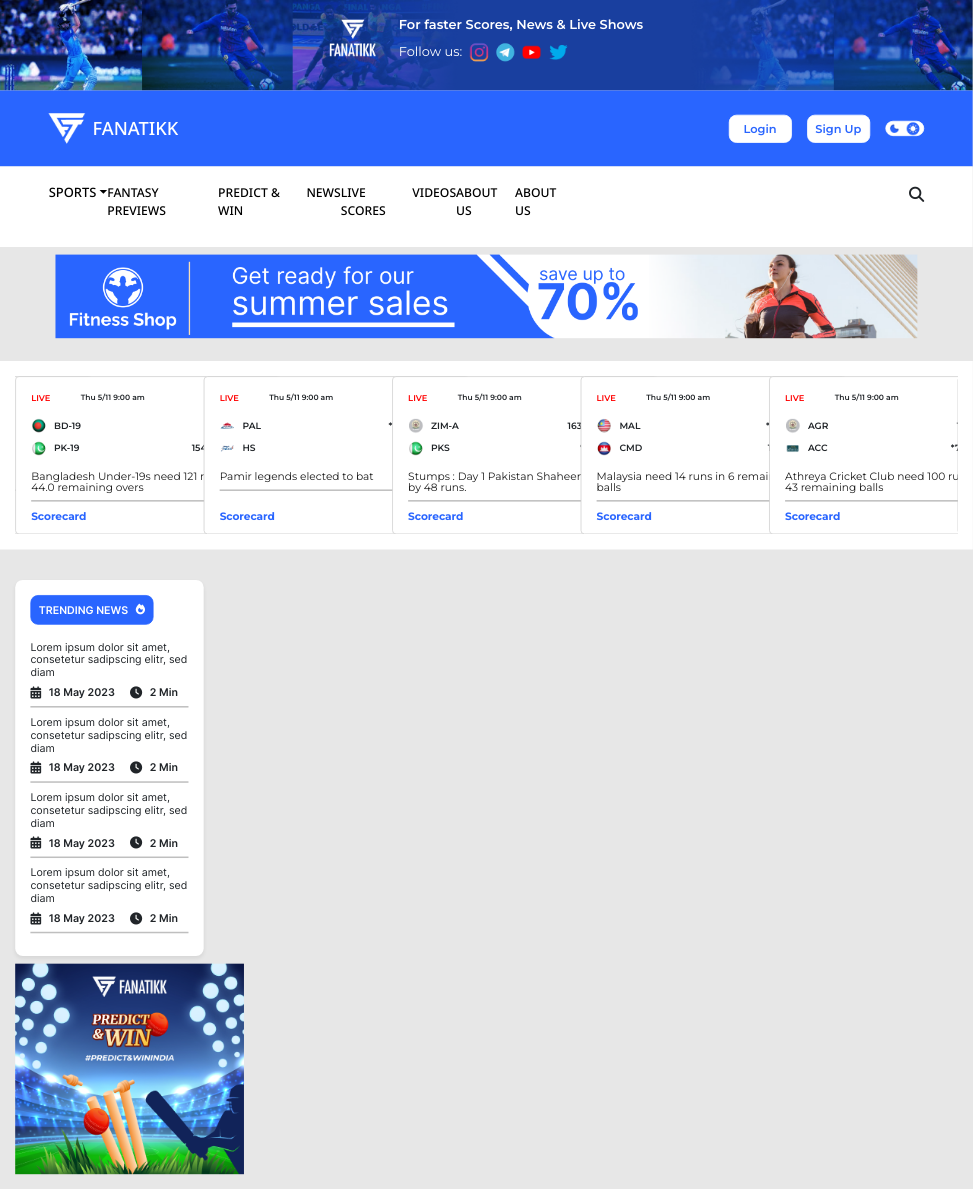
Repository: FlyweisReact/Kannapa
Page: /
These files come from the project's save history. The page is drawn as it stood at one moment and after the next save; the edit follows.
The browser window is 1280 px wide. The pictures show the whole page, at 76% of full size.
Some web libraries are served in a nearby version. The project was rebuilt for these pictures with package versions that can differ from the ones it lists, and the page was loaded fresh each time. Also part of the build but not shown: src/Components/Layout/Footer.js, src/Components/Sliders/Index-video-Slider.js, src/Components/firstScreen.jsx, src/Components/secondScreen.jsx, src/Components/thirdScreen.jsx, src/Components/fourthScreen.jsx, src/CSS/Footer.css.

Above is the page before, as saved 2023-06-03 14:26:18.

### public/index.html
<!DOCTYPE html>
<html lang="en">
  <head>
    <meta charset="utf-8" />
    <link rel="icon" href="%PUBLIC_URL%/favicon.ico" />
    <meta name="viewport" content="width=device-width, initial-scale=1" />
    <meta name="theme-color" content="#000000" />
    <meta
      name="description"
      content="Web site created using create-react-app"
    />
    <link rel="apple-touch-icon" href="%PUBLIC_URL%/logo192.png" />

    <link rel="manifest" href="%PUBLIC_URL%/manifest.json" />
    <link href="https://fonts.googleapis.com/css2?family=Roboto+Mono:ital,wght@1,300&display=swap" rel="stylesheet">
    <title>React App</title>
  </head>
  <body>
    <noscript>You need to enable JavaScript to run this app.</noscript>
    <div id="root"></div>
    <script src="https://code.jquery.com/jquery-3.6.0.min.js"></script>
    <script src="https://kit.fontawesome.com/b533b351e4.js" crossorigin="anonymous"></script>
  </body>
</html>

### src/index.css
/* Fonts */
@font-face {
  font-family:  Noto Sans;
  src: url(../Fonts/NotoSans-Medium.ttf);
}
@font-face {
  font-family:  Montserrat;
  src: url(../Fonts/Montserrat-Italic-VariableFont_wght.ttf);
}
@font-face {
  font-family:  MontserratNormal;
  src: url(../Fonts/Montserrat-VariableFont_wght.ttf);
}
@font-face {
  font-family:  Inter;
  src: url(../Fonts/Inter-VariableFont_slnt\,wght.ttf);
}

/* Var() */
:root {
  --mediumFont: 24px;
}


body {
  margin: 0;
  font-family: NOto Sans;
  background-color: #e7e7e7 !important;
}
* {
  padding: 0;
  margin: 0;
  font-family: Noto Sans;
}
code {
  font-family:Noto Sans;
}
html{
  font-family: Noto Sans;
}

/* === first screen styling ====*/



.second1 {
  display: flex;
  justify-content: space-between;
  margin-left: 5%;
  width: 90%;
  margin-top: 30px;
  gap: 20px;
}
.second1l {
  width: 70%;
}
.second2 {
  background-color: #fff;
}
.second2 img {
  width: 100%;
}
.second2 p {
  font-family: "Segoe UI";
  font-style: normal;
  font-weight: 400;
  font-size: 19.5298px;
  line-height: 25px;
  text-align: left;
  color: #1d1d1d;
}

.second2 h2 {
  font-family: "Segoe UI";
  font-style: normal;
  font-weight: 700;
  font-size: 30.8351px;
  line-height: 53px;
  text-align: left;
  color: #1d1d1d;
}

.second2 h5 {
  font-family: "Segoe UI";
  font-style: normal;
  font-weight: 400;
  font-size: 20.6316px;
  line-height: 39px;
  text-align: left;
  color: #1d1d1d;
  margin: 5px;
}
.second2 h6 {
  text-align: left;
  font-weight: 400;
  font-size: 21.3053px;
  line-height: 29px;
  margin-top: 5px;
}
.sp {
  color: #2965ff;
}
.second1r {
  width: 30%;
}
.second3 {
  background-color: #fff;
  width: 100%;
  box-shadow: 0px 3.6px 7.2px rgba(0, 0, 0, 0.08);
  border-radius: 12px;
}
.second3 button {
  width: 123.8px;
  height: 44.2px;
  background: #2965ff;
  border-radius: 12px;
  color: #fff;
  border: none;
  margin-left: 0px;
  margin-top: 5px;
  margin-bottom: 5px;
}

.second4 {
  margin: 2px;
}
.second4 img {
  width: 100%;
  height: 200px;
  display: flex;
  flex-direction: column;
}
.second4 h6 {
  font-family: "Montserrat";
  font-style: normal;
  font-weight: 900;
  font-size: 13.2px;
  line-height: 17px;
  text-align: left;
  color: #1d1d1d;
  margin-top: 8px;
}
.second4 h3 {
  font-family: "Montserrat";
  font-style: normal;
  font-weight: 600;
  font-size: 22px;
  line-height: 31px;
  text-align: left;
  color: #1d1d1d;
  margin-top: 10px;
}

.horizontal {
  border: 1px solid #e6e6e6;
}

.second5 {
  display: flex;
  justify-content: space-between;
  margin-top: 10px;
  gap: 10px;
  width: 100%;
}
.second5l {
  width: 49%;
}
.second5r {
  width: 49%;
}
.second5l img {
  width: 100%;
  padding: 10px;
  border-radius: 12px;
}
.second5r {
  padding: 10px;
}
.second5r h6 {
  font-family: "Montserrat";
  font-style: normal;
  font-weight: 900;
  font-size: 13.2px;
  line-height: 17px;
  text-align: left;
  color: #1d1d1d;
}
.second5r p {
  font-family: "Montserrat";
  font-style: normal;
  font-weight: 600;
  font-size: 20.6px;
  line-height: 26px;
  text-align: left;
  color: #1d1d1d;
  margin-top: 5px;
}

.second6 {
  margin-top: 20px;
  width: 100%;
}
.second6 img {
  width: 100%;
}
.sec3 {
  margin-top: 40px;
}
.sec2 {
  margin-top: 40px;
}

.third1 {
  display: block;
  justify-content: center;
  gap: 20px;
  width: 90%;
  margin: auto;
  margin-top: 40px;

  background-color: #fff;
}
.third2 {
  width: 10%;
  height: 40px;
  background: #2965ff;
  border-radius: 4px;
  border: none;
  margin-top: 10px;
  margin-bottom: 10px;
  margin-right: 10px;
  color: #fff;
  font-family: "Noto Sans";
  font-style: normal;
  font-weight: 700;
  font-size: 14px;
  line-height: 19px;
  color: #ffffff;
}

.third3 {
  width: 10%;
  height: 40px;
  background: #bfbfbf;
  border-radius: 4px;
  border: none;
  margin-top: 10px;
  margin-bottom: 10px;
  margin-right: 10px;
  color: #fff;
  font-family: "Noto Sans";
  font-style: normal;
  font-weight: 700;
  font-size: 14px;
  line-height: 19px;
  color: #1d1d1d;
}

.third4 {
  display: flex;
  gap: 20px;
  justify-content: space-between;
  width: 90%;
  margin: auto;
  margin-top: 30px;
}
.third4l {
  width: 70%;
}
.third4r {
  width: 30%;
}
.third5 {
  display: flex;
  justify-content: space-between;
  background-color: #fff;
  height: 40px;
}
.third5 p {
  font-family: "Montserrat";
  font-style: normal;
  font-weight: 600;
  font-size: 16.7639px;
  line-height: 35px;
  margin-left: 20px;
  color: #1d1d1d;
  margin-bottom: 5px;
  margin-top: 10;
}
.third5 button {
  width: 10%;
  background: #2965ff;
  border-radius: 4px;
  border: none;
  color: #fff;
  height: 35px;
}
.third6 {
  display: grid;
  grid-template-columns: auto auto;
  margin-top: 20px;
  gap: 20px;
}
.third6itm {
  height: 100%;
  background: #ffffff;
  border: 1px solid #bfbfbf;
  box-shadow: 0px 2.21114px 4.42229px rgba(0, 0, 0, 0.08);
  border-radius: 11.0557px;
}
.third7 {
  display: flex;
  justify-content: space-between;
  width: 96%;
  margin: auto;
  margin-top: 20px;
}
.third7l {
  display: flex;
  gap: 10px;
}
.third7l img {
  height: 40px;
}
.third7 h5 {
  font-weight: 700;
  font-size: 20.478px;
  line-height: 21px;
  color: #000000;
  margin-top: 5px;
}
.third6itm h4 {
  font-family: "Arial";
  font-style: normal;
  font-weight: 600;
  font-size: 22.6891px;
  line-height: 22px;
  text-align: left;
  color: #000000;
  margin-top: 10px;
  margin-left: 6px;
}
.third6itm p {
  font-family: "Arial";
  font-weight: 400;
  font-size: 14.3724px;
  line-height: 20px;
  text-align: left;
  margin-top: 10px;
  margin-left: 6px;
  color: #2965ff;
}
.third6itm button {
  background: #2965ff;
  border-radius: 4.42229px;
  font-family: "Arial";
  font-style: normal;
  font-weight: 700;
  font-size: 24px;
  line-height: 19px;
  color: #ffffff;
  text-align: center;
  margin-top: 20px;
  width: 50%;
  height: 60px;
  border: none;
  margin-right: 46%;
}
.th5 {
  margin-top: 30px;
}

.third8 {
  background-color: #fff;
  border: 1px solid #bfbfbf;
}
.third9 {
  display: flex;
  justify-content: left;
  margin-left: 2%;
  margin-top: 10px;
}
.third9 button {
  background: #2965ff;
  border-radius: 10px;
  width: 30%;
  height: 40px;
  border: none;
  color: #fff;
}
.third10 {
  width: 95%;
  margin: auto;
  margin-top: 10px;
}
.third10 h4 {
  font-family: "Montserrat";
  font-style: normal;
  font-weight: 400;
  font-size: 24.1067px;
  line-height: 30px;
  text-align: left;
  color: #1d1d1d;
}
.third10 p {
  font-family: "Montserrat";
  font-style: normal;
  font-weight: 300;
  font-size: 14.9333px;
  line-height: 22px;
  text-align: left;
  color: #1d1d1d;
  margin-top: 12px;
}

.horizontal2 {
  width: 95%;
  margin: auto;
  border: 1px solid #bfbfbf;
  margin-top: 20px;
}
.third11 {
  margin-top: 20px;
  margin-bottom: 20px;
  font-family: "Montserrat";
  font-style: normal;
  font-weight: 700;
  font-size: 30.52px;
  line-height: 32px;
  color: #2965ff;
}

.third12 {
  margin-top: 30px;
  width: 100%;
}
.third12 img {
  width: 100%;
}

.third13 {
  margin-top: 30px;
  background-color: #fff;
}
.third14 {
  margin-top: 10px;
  width: 90%;
  margin: auto;
  display: flex;
}
.third14 button {
  border: none;
  background: #2965ff;
  border-radius: 10px;
  height: 40px;
  width: 40%;
  font-family: "Inter";
  font-style: normal;
  font-weight: 700;
  font-size: 15px;
  line-height: 25px;
  color: #ffffff;
}
.third15 {
  width: 90%;
  margin: auto;
  margin-top: 20px;
}
.third15 img {
  width: 100%;
}
.third15 h4 {
  font-family: "Montserrat";
  font-style: normal;
  font-weight: 700;
  font-size: 20.1067px;
  line-height: 26px;
  text-align: left;
  color: #1d1d1d;
  margin-top: 8px;
}
.third15 p {
  text-align: left;
  margin-top: 6px;
  font-family: "Montserrat";
  font-style: normal;
  font-weight: 300;
  font-size: 12.9333px;
  line-height: 32px;
  color: #1d1d1d;
}

.fourth1 {
  display: flex;
  width: 90%;
  margin: auto;
  margin-top: 30px;
  justify-content: space-between;
  gap: 20px;
}
.fourth1l {
  width: 70%;
}
.fourth1r {
  width: 30%;
}

.fourth2 {
  background: #0c1f4f;
}
.fourth3 {
  margin-top: 5px;
  padding-top: 10px;
  margin-left: 20px;
  display: flex;
  gap: 20px;
}
.fourth3 img {
  width: 50px;
}
.fourth3 h2 {
  font-family: "Noto Sans";
  font-style: normal;
  font-weight: 600;
  font-size: 20.04px;
  line-height: 25px;

  color: #ffffff;
}

.fourth3 p {
  font-family: "Noto Sans";
  font-style: normal;
  font-weight: 700;
  font-size: 15.48px;
  line-height: 18px;
  color: #ffffff;
  margin-bottom: 10px;
}

.fourth4 {
  background: #2965ff;
  box-shadow: 0px 1.64px 6.56px rgba(0, 0, 0, 0.08);
}

.fourth5 {
  display: flex;
  justify-content: space-between;
  margin-left: 5%;
  padding-top: 20px;
  width: 70%;
}
.fourth6 {
  display: flex;
  gap: 10px;
}
.fourth6 img {
  width: 50px;
  height: 50px;
}
.fourth6 h4 {
  margin-top: 10px;
  font-family: "Noto Sans";
  font-style: normal;
  font-weight: 700;
  font-size: 24.04px;
  line-height: 25px;
  color: #ffffff;
}
.fourth5 h2 {
  font-family: "Noto Sans";
  font-style: normal;
  font-weight: 700;
  font-size: 24.04px;
  line-height: 25px;
  color: #ffffff;
  margin-top: 10px;
}

.fourthP {
  margin-left: 15px;
  margin-top: 20px;
  padding-bottom: 20px;
  font-family: "Noto Sans";

  font-weight: 300;
  font-size: 18.3px;
  line-height: 22px;
  color: #ffffff;
}

.fourth7 {
  margin-top: 30px;
}
.fourth8 {
  width: 100%;
}
thead {
  background-color: #2965ff;
  height:30px;
  color: #fff;
}
.fourth9 {
  display: flex;
  gap: 10px;
}
.fourth9 img {
  width: 60px;
  height: 60px;
}
.fourth10 {
  display: flex;
  gap: 5px;
  flex-direction: column;
  margin-top: 12px;
}
.fourth10 h6{
  font-family: 'Noto Sans';
  font-style: normal;
  font-weight: 700;
  font-size: 15.9151px;
  line-height: 18px;
  color: #1D1D1D;
}
.fourth10 p{
  font-family: 'Noto Sans';
  font-style: normal;
  font-weight: 600;
  font-size: 13.6415px;
  line-height: 18px;

  color: rgba(29, 29, 29, 0.5);
  opacity: 0.5;
}

### src/CSS/Navbar.css
/**
 * === navbar styling ====
 *
 * @format
 */
.Stick-navbar{
    height: 100%;
    transition: box-shadow 0.3s ease;
    height: 100px;
}
.Navbar {
  display: flex;
  justify-content: space-between;
  background: #2965ff;
  padding: 20px;
  width: 100%;
  gap: 20px;
  position: fixed !important;
  top: 0;
  z-index: 999;
  transition: box-shadow 0.3s ease;
  align-items: center;
}

.Navbar .Left_Container {
  width: 30%;
}
.Navbar .Left_Container .Logo_Div {
  display: flex;
  gap: 10px;
  justify-content: center;
  align-items: center;
}
.Navbar .Left_Container .Logo_Div p {
  color: #fff;
  font-size: var(--mediumFont);
  margin: 0;
}
.Navbar .Left_Container .Logo_Div img {
  width: 47.73px;
  height: 40px;
}

.Navbar .Right_Container {
  width: 70%;
  display: flex;
  justify-content: center;
  gap: 40px;
}
.Navbar .Right_Container .Item {
  display: flex;
  justify-content: baseline;
}

.Navbar .Right_Container .Item p {
  font-size: 16px;
  cursor: pointer;
  color: #ffffff;
  padding-top: 2px;
}

.Navbar .Right_Container .Item .DropDown {
  border: none;
  color: #fff;
  font-size: 17px;
  cursor: pointer;
  color: #ffffff;
  margin: 0;
  padding: 0;
}
.Navbar .Right_Container .Item .fa-magnifying-glass {
  color: #fff;
  font-size: 18px;
  cursor: pointer;
  padding-top: 7px;
}
.Navbar .Right_Container .Item .Toggle{
  width: 51.43px;
  height: 19.03px;
  display: flex;
  justify-content: space-between;
  align-items: center;
  padding-left: 5px;
  padding-right: 5px;
  border-radius: 10px;
  background-color: #fff;
  border: 1px solid #fff;
  cursor: pointer;
  align-items: center;
  margin-top: 8px;
}


/* Header 2 */
.Header1 {
  background-image: url("../../public/Images/22.png");
  color: #ffffff;
  width: 100%;
  background-repeat: no-repeat;
  background-size: cover;
  height: 119px;
  padding: 20px;
}
.Header1 .Main {
  display: flex;
  align-items: center;
  justify-content: center;
  gap: 30px;
}
.Header1 .Main p {
  margin: 0;
}
.Header1 .Main .Head {
  font-family: MontserratNormal;
  font-weight: 600;
  font-size: 17px;
  color: #ffffff;
}

.Header1 .Main .Two {
  display: flex;
  gap: 10px;
  margin-top: 10px;
  align-items: center;
}
.Header1 .Main .Two p {
  font-family: MontserratNormal;
  font-style: normal;
  font-weight: 400;
  font-size: 17px;
  line-height: 17px;
  color: #ffffff;
}
.Header1 .Main .Social {
  display: flex;
  gap: 10px;
  align-items: center;
}

/* Fading Navbar */

.Fading_Nav {
  display: flex;
  justify-content: space-between;
  background: #2965ff;
  padding: 30px;
  width: 100%;
  gap: 20px;
  align-items: center;
  padding-left: 5%;
  padding-right: 5%;
}

.Fading_Nav .Left_Container {
  width: 30%;
}
.Fading_Nav .Left_Container .Logo_Div {
  display: flex;
  gap: 10px;
  justify-content: flex-start;
  align-items: center;
}
.Fading_Nav .Left_Container .Logo_Div p {
  color: #fff;
  font-size: var(--mediumFont);
  margin: 0;
}
.Fading_Nav .Left_Container .Logo_Div img {
  width: 47.73px;
  height: 40px;
}

.Fading_Nav .Right_Container {
  width: 70%;
  display: flex;
  justify-content: flex-end;
  gap: 20px;
  align-items: center;
}
.Fading_Nav .Right_Container button {
  font-family: MontserratNormal;
  font-style: normal;
  font-weight: 600;
  width: 83px;
  height: 37px;
  border-radius: 10px;
  font-size: 15px;
  line-height: 19px;
  color: #2965ff;
  background-color: #fff;
  border: 1px solid #fff;
  cursor: pointer;
}
.Fading_Nav .Right_Container .Toggle {
  width: 51.43px;
  height: 19.03px;
  display: flex;
  justify-content: space-between;
  align-items: center;
  padding-left: 5px;
  padding-right: 5px;
}


/* Fading Category */
.Fading_Category{
    display: flex;
    justify-content: space-between;
    padding: 20px;
    background-color: #fff;
    padding-left: 5%;
    padding-right: 5%;
}
.Fading_Category .Left_Container {
    display: flex;
    justify-content: space-between;
    width: 60%;
}

.Fading_Category .Left_Container .Item {
    display: flex;
    justify-content: baseline;
  }

  .Fading_Category .Left_Container .Item p {
    font-size: 16px;
    cursor: pointer;
    color: #000;
    padding-top: 2px;
  }

  .Fading_Category .Left_Container .Item .DropDown {
    border: none;
    font-size: 17px;
    cursor: pointer;
    color: #000;
    margin: 0;
    padding: 0;
    border: none;
  }

.Fading_Category .Right_Container i{
    font-size: 20px;
    padding-top: 7px;
}


/* Fading Effect */
.HomePage{
    min-height: 200vh;
}
.fade-out{
    opacity: 0;
    transition: opacity 0.5s;
    height: 0;
    overflow: hidden;
}
.fade-in{
    opacity: 1;
    transition: opacity 0.5s;
    height: auto;
    overflow: hidden;
    width: 100%;
}

### src/CSS/Component.css
/** @format */

/* Fading Header */

/* Home Screen */
.Index_Center_Banner {
  width: 100%;
  padding: 10px;
}

.Index_Center_Banner img {
  width: 90%;
  display: block;
  margin: auto;
}

.Index_Center_GIF {
  width: 100%;
  padding: 10px;
}

.Index_Center_GIF img {
  width: 90%;
  display: block;
  margin: auto;
  height: 500px;
}

.Index_Center_Desc {
  display: flex;
  width: 90%;
  padding: 10px;
  margin: auto;
}

.Index_Center_Desc .Main_Comp {
  text-align: left;
}
.Index_Center_Desc .Main_Comp .head {
  font-size: 36px;
  color: #1d1d1d;
  text-shadow: 0px 1px 1px rgba(37, 37, 37, 0.5);
  margin: 0;
}

.Index_Center_Desc .Main_Comp .Two_Sec {
  display: flex;
  gap: 10px;
  align-items: flex-start;
}
.Index_Center_Desc .Main_Comp .Two_Sec img {
  height: 20px;
  margin-top: 4px;
}

.Index_Center_Desc .Main_Comp .Two_Sec p {
  color: rgba(29, 29, 29, 0.6);
  text-shadow: 0px 1px 1px rgba(37, 37, 37, 0.5);
  font-style: italic;
}

.Index_Center_Desc .Main_Comp .desc p {
  font-size: 16px;
  line-height: 24px;
  align-items: center;
  color: rgba(29, 29, 29, 0.6);
  max-width: 60%;
  font-style: italic;
  margin: 0;
}
.first5 p u {
  color: #333;
}

.Index_Logo_Div {
  display: flex;
  justify-content: space-between;
  align-items: center;
  width: 90%;
  margin: auto;
  padding-top: 10px;
  padding-bottom: 10px;
}
.Index_Logo_Div .Left_Comp {
  display: flex;
  gap: 10px;
  align-items: center;
}
.Index_Logo_Div .Right_Comp img {
  cursor: pointer;
}

.Index_Video_Slider {
  width: 90%;
  display: block;
  margin: auto;
  padding-top: 10px;
  padding-bottom: 10px;
}

.Video_Slider {
  width: 100%;
  /* padding: 20px; */
  display: block;
  margin: auto;
}
.Video_Slider .Main_Item {
  background: #ffffff;
  border: 1px solid #1d1d1d;
  border-radius: 10px;
  height: 400px;
}
.Video_Slider .Main_Item img {
  width: 100%;
  border-radius: 10px 10px 0px 0px;
}
.Video_Slider .Main_Item p {
  padding: 10px;
  font-family: Montserrat;
  font-size: 15px;
  line-height: 18px;
  color: #1d1d1d;
}
.Video_Slider .Main_Item:focus {
  outline: none;
}

.Index_Center_Button {
  width: 90%;
  display: block;
  margin: auto;
  padding-top: 10px;
  padding-bottom: 10px;
  margin-top: 2%;
  position: relative;
}
.Index_Center_Button button {
  font-family: Montserrat;
  font-size: 16px;
  line-height: 20px;
  text-transform: uppercase;
  width: 256px;
  color: #ffffff;
  background: #2965ff;
  border: 1px solid #2965ff;
  border-radius: 25px;
  padding: 10px;
  display: block;
  margin: auto;
}

.Index_Center_Button .empty {
  height: 4px !important;
  position: absolute;
  top: 50%;
  left: 50%;
  transform: translate(-50%, -50%);
  z-index: -1;
  background-color: #2965ff;
  width: 100%;
}

.Index_Three_Cont {
  width: 90%;
  display: grid;
  grid-template-columns: auto auto auto;
  gap: 20px;
  margin: auto;
  padding-top: 20px;
}
.Index_Three_Cont .Main_Component .head {
  font-family: Montserrat;
  font-style: normal;
  font-weight: 700;
  font-size: 22.3418px;
  line-height: 30px;
  color: #1d1d1d;
}
.Index_Three_Cont .Main_Component img {
  width: 100%;
}
.Index_Three_Cont .Main_Component .desc {
  font-family: Montserrat;
  font-style: normal;
  font-weight: 300;
  font-size: 15.9584px;
  line-height: 40px;
}

/* Score_Card_Slider */
.ScoreCard_Slider {
  background-color: #ffffff;
  padding: 20px;
  margin-top: 20px;
  margin-bottom: 20px;
}
.ScoreCard_Slider .Main_Item {
  border: 1px solid #cfcfcf;
  background-color: #fff;
  border-radius: 5px;
  padding: 20px;
  width: 350px !important;
  height: 208px !important;
  position: relative;
}
.ScoreCard_Slider .Main_Item .two_Sec {
  display: flex;
  gap: 40px;
  align-items: center;
  margin-bottom: 20px;
}
.ScoreCard_Slider .Main_Item .two_Sec p {
  margin: 0;
  font-family: MontserratNormal;
  font-style: normal;
  font-weight: 600;
  font-size: 10px;
  line-height: 14px;
}
.ScoreCard_Slider .Main_Item .two_Sec .first {
  margin: 0;
  font-family: MontserratNormal;
  font-style: normal;
  font-weight: 600;
  font-size: 11px;
  line-height: 14px;
  color: #ff0000;
}
.ScoreCard_Slider .slick-next:before {
  display: none !important;
}

.ScoreCard_Slider .Main_Item .Flags_Div {
  display: flex;
  justify-content: space-between;
  align-items: center;
  gap: 10px;
  margin-top: 10px;
}

.ScoreCard_Slider .Main_Item .Flags_Div div {
  display: flex;
  gap: 10px;
  align-items: center;
}
.ScoreCard_Slider .Main_Item .Flags_Div div p {
  margin: 0;
  font-family: MontserratNormal;
  font-style: normal;
  font-weight: 600;
  font-size: 12px;
  line-height: 17px;
}
.ScoreCard_Slider .Main_Item .desc {
  color: #1d1d1d;
  font-family: MontserratNormal;
  font-style: normal;
  font-weight: 400;
  font-size: 14px;
  line-height: 14px;
  width: 90%;
  margin: 0;
  margin-top: 20px;
}
.ScoreCard_Slider .Main_Item .empty {
  background-color: #bfbfbf;
  width: 100%;
  height: 2px;
  margin-top: 10px;
}
.ScoreCard_Slider .Main_Item .Scorecard {
  font-family: MontserratNormal;
  font-style: normal;
  font-weight: 700;
  font-size: 14px;
  line-height: 14px;
  position: absolute;
  letter-spacing: -0.11px;
  color: #2965ff;
  bottom: 0;
}

/* Index_Three_Sec_Layout */
.Index_Three_Sec_Layout {
  width: 100%;
  padding: 20px;
  display: flex;
  gap: 20px;
}
.Index_Three_Sec_Layout .left_Comp {
  width: 20%;
}
.Index_Three_Sec_Layout .Mid_Comp {
  width: 60%;
}
.Index_Three_Sec_Layout .Right_Comp {
  width: 20%;
}

.Index_Three_Sec_Layout .left_Comp .Trading_News {
  background-color: #fff;
  padding: 20px;
  box-shadow: 0px 3px 6px rgba(0, 0, 0, 0.08);
border-radius: 10px;
}
.Index_Three_Sec_Layout .left_Comp .Trading_News button {
  background-color: #2965ff;
  color: #fff;
  border: 1px solid #2965ff;
  text-transform: uppercase;
  border-radius: 10px;
  font-style: normal;
  font-weight: 600;
  font-size: 14px;
  line-height: 17px;
  font-family: Inter;
  padding: 10px;
  display: flex;
  gap: 10px;
  align-items: center;
  margin-bottom: 20px;
}

.Index_Three_Sec_Layout .left_Comp .Trading_News .desc{
  margin-top: 10px;
}
.Index_Three_Sec_Layout .left_Comp .Trading_News .desc .head{
  font-family: Inter;
  font-style: normal;
  font-weight: 400;
  font-size: 14px;
  line-height: 17px;
margin: 0;
}


.Index_Three_Sec_Layout .left_Comp .Trading_News .desc .two_sec{
  display: flex;
  align-items: center;
  gap: 20px;
  margin-top: 10px;
}
.Index_Three_Sec_Layout .left_Comp .Trading_News .desc .two_sec div{
  display: flex;
  align-items: center;
  gap: 10px;
}
.Index_Three_Sec_Layout .left_Comp .Trading_News .desc .two_sec div p{
margin: 0;
font-family: Inter;
font-style: normal;
font-weight: 600;
font-size: 14px;
line-height: 8px;
}
.Index_Three_Sec_Layout .left_Comp .Trading_News .desc .empty{
  width: 100%;
  height: 2px;
  background-color: #BFBFBF;
  margin-top: 10px;
  margin-bottom: 10px;
}
.Index_Three_Sec_Layout .left_Comp  .BigImage {
   width: 100%;
   padding-top: 10px;
}
.Index_Three_Sec_Layout .left_Comp  .BigImage {
   width: 100%;
   padding-top: 10px;
}

Loaded but not shown: src/App.css (common file); src/Components/Sliders/ScoreCard.js (443 lines, source omitted); src/Pages/HomeScreen.js (144 lines, source omitted); src/Components/Layout/Navbar.js (71 lines, source omitted); src/Components/Layout/FadingNav/FadingCategory.js (57 lines, source omitted); src/App.js (32 lines, source omitted); src/Components/Layout/FadingNav/FadingNav.js (27 lines, source omitted); src/Components/Layout/FadingNav/Header1.js (32 lines, source omitted); src/index.js (17 lines, source omitted)

After the next save:
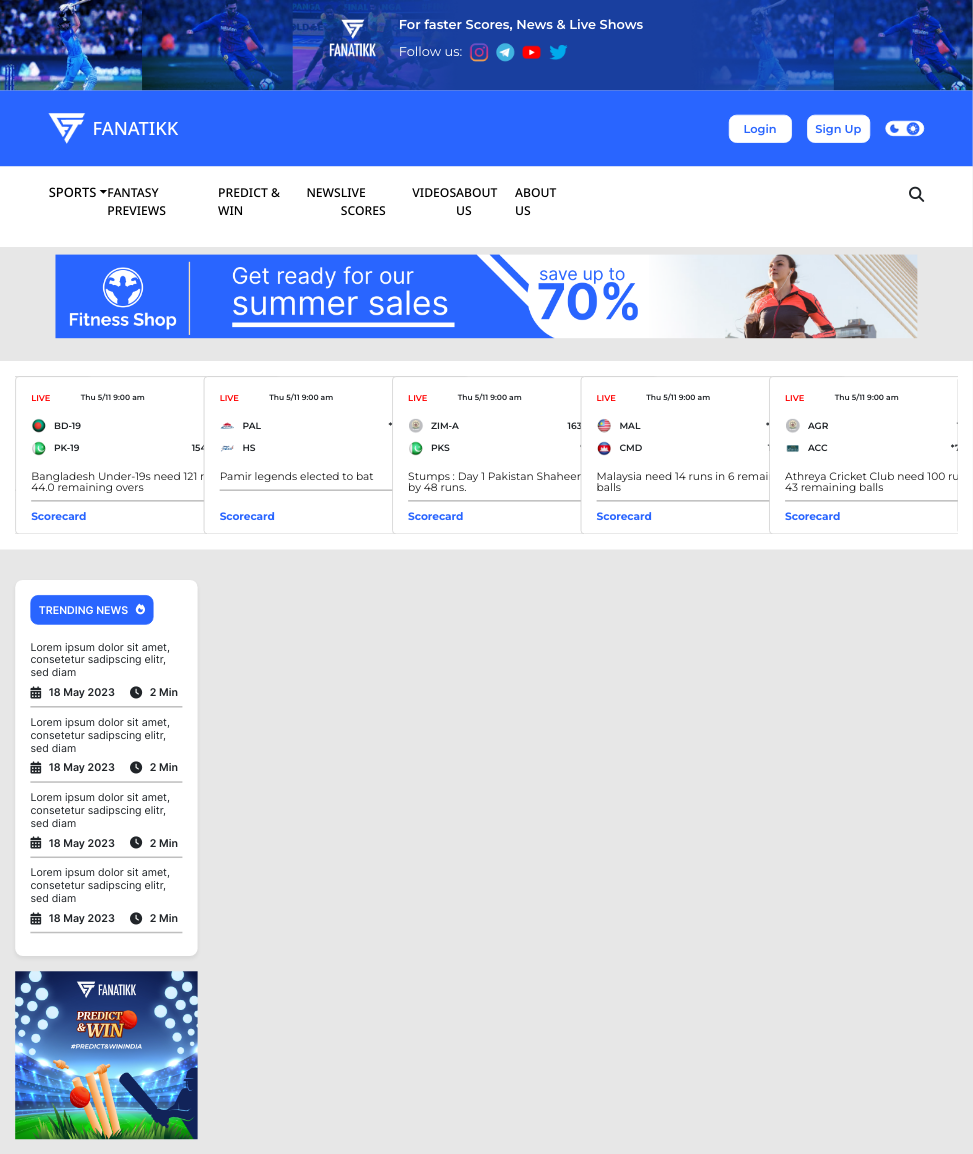
Saved 6 s later.
--- a/src/CSS/Component.css
+++ b/src/CSS/Component.css
@@ -364,7 +364,7 @@ line-height: 8px;
    width: 100%;
    padding-top: 10px;
 }
-.Index_Three_Sec_Layout .left_Comp  .BigImage {
+.Index_Three_Sec_Layout .left_Comp  .BigImage  img{
    width: 100%;
    padding-top: 10px;
 }
